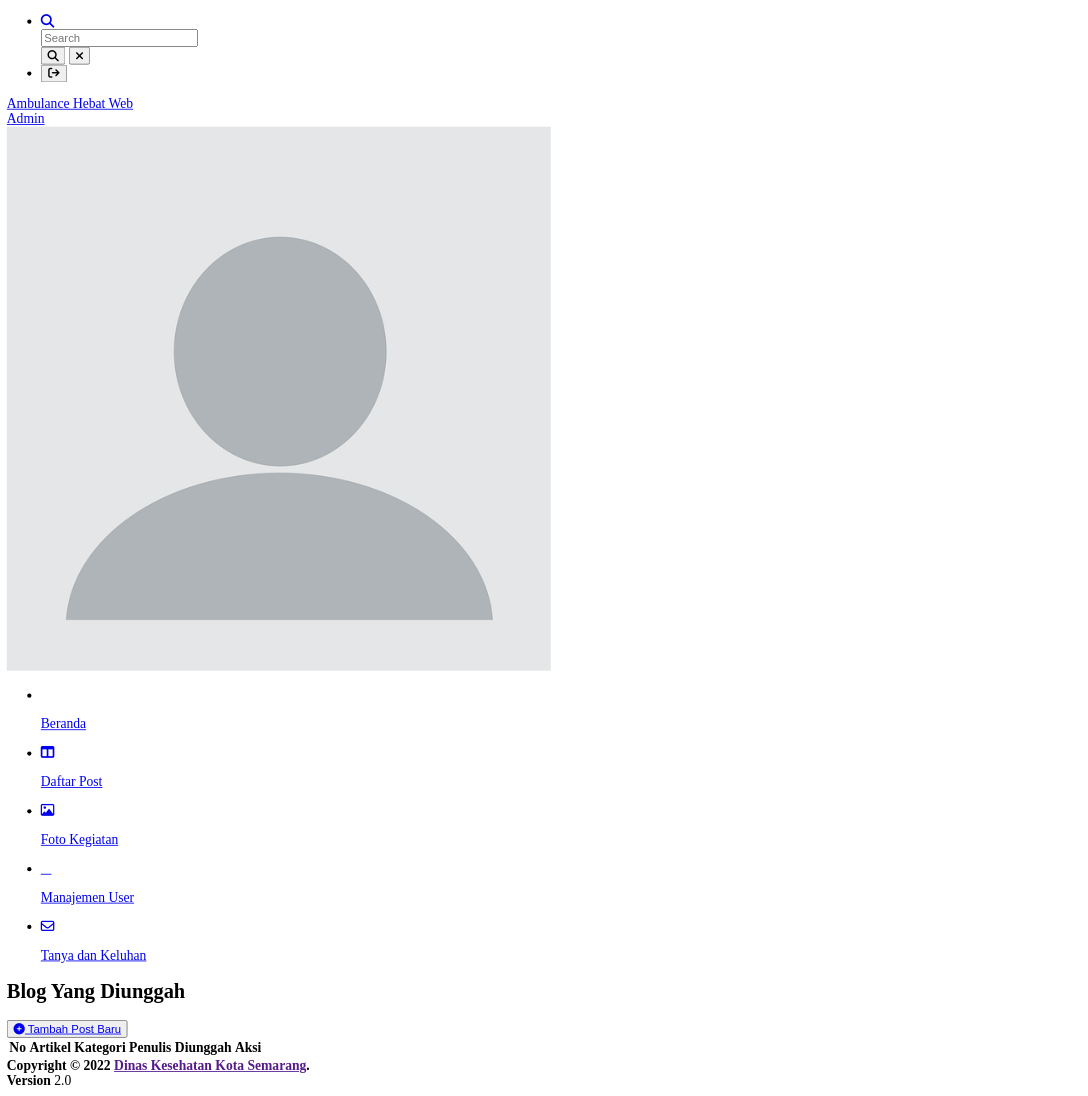
Repository: roningrum/admin-aha
Page: resources/views/dashboard/post/posts.blade.php
The author's editor kept a copy of each file at every save. The page is drawn from the files as they stood at one save, then again after the next save.
The browser window is 1280 px wide. The pictures show the whole page, at 85% of full size.
Some icons come from a web library that is not loaded, so they are not drawn. Some web fonts or font styles are not loaded; a fallback is used. Some web libraries are served in a nearby version. The page is served by the project's Laravel application, run on PHP 8.4 with Laravel 8. Other server files are loaded and not shown. The template is opened directly, without the code that normally fills it, so the values that code supplies are empty.

Above is the page before, as saved 2022-11-23 14:51:35.
Console error: ReferenceError: $ is not defined

### routes/web.php
<?php

use App\Http\Controllers\DashboardPostController;
use Illuminate\Support\Facades\Route;
use SebastianBergmann\CodeCoverage\Report\Html\Dashboard;

/*
|--------------------------------------------------------------------------
| Web Routes
|--------------------------------------------------------------------------
|
| Here is where you can register web routes for your application. These
| routes are loaded by the RouteServiceProvider within a group which
| contains the "web" middleware group. Now create something great!
|
*/

Route::get('/','AuthController@dashboard')->middleware('cek_login');


//Route Login
Route::get('login','AuthController@index')->name('login');
Route::post('proses_login','AuthController@proses_login')->name('proses_login');
Route::get ('logout','AuthController@logout')->name('logout');

//Auth
//auth -> admin || editor

Route::group(['middleware'=>['auth']], function(){
    Route::group(['middleware'=>['cek_login:admin']], function(){
        Route::get('admin', 'AuthController@dashboard')->name('admin');

    });
    Route::group(['middleware'=>['cek_login:editor']], function(){
        Route::get('editor', 'AuthController@dashboard')->name('editor');
    });
});
Route::prefix('dashboard')->middleware(['auth'])->group(function(){
    Route::resource('posts', '\App\Http\Controllers\DashboardPostController');
    Route::resource('galeri', '\App\Http\Controllers\ImageGalleryController');

});

### resources/views/dashboard/post/posts.blade.php
@extends('dashboard.layouts.main-layout')
@section('content')
    <div class="content-wrapper">
        <!-- Content Header (Page header) -->
        <section class="content-header">
            <div class="container-fluid">
                <div class="row">
                    <div class="col-lg-12">
                        <div class="card">
                            <div class="card-body">
                                <div class="row">
                                    <div class="col-sm-6">
                                        <h1 class="mb-3">Blog Yang Diunggah</h1>
                                        <button type="button" class="btn bg-primary my-3">
                                            <a href="/dashboard/posts/create">
                                                <i class="fa-solid fa-circle-plus"></i>
                                                Tambah Post Baru
                                            </a>
                                        </button>
                                    </div>
                                </div>

                                <table class="table table-bordered table-striped dataTable col-lg-10">
                                    <thead>
                                        <tr>
                                            <th style="width: 10px">No</th>
                                            <th>Artikel</th>
                                            <th>Kategori</th>
                                            <th>Penulis</th>
                                            <th>Diunggah</th>
                                            <th>Aksi</th>
                                        </tr>
                                    </thead>
                                    <tbody>
                                        @foreach ($posts as $post)
                                            <tr>
                                                <td>{{ $loop->iteration }}</td>
                                                <td>{{ $post->title }}</td>
                                                <td>{{ $post->category->name }}</td>
                                                <td>{{ $post->user->name }}</td>
                                                <td>{{\Carbon\Carbon::parse($post->published_at)->diffForHumans() }}</td>
                                                <td>
                                                    <button type="button" class="btn bg-info">
                                                        <a href="/dashboard/posts/{{ $post->slug }}">
                                                            <i class="fa-solid fa-eye"></i>
                                                        </a>
                                                    </button>
                                                    <a href="/dashboard/posts/{{ $post->slug }}/edit">
                                                        <button type="button" class="btn btn-warning"><i class="fas fa-edit"></i>
                                                        </button>
                                                    </a>

                                                    <form action="/dashboard/posts/{{ $post->slug }}"method="post" class="d-inline">
                                                        @method('delete')
                                                        @csrf
                                                        <button class="btn btn-danger"onclick="return confirm('Yakin Ingin Menghapus?')"><i class="far fa-trash-alt"></i></button>
                                                    </form>
                                                </td>
                                            </tr>
                                        @endforeach
                                    </tbody>
                                </table>
                            </div>
                        </div>
                    </div>
                </div>

            </div><!-- /.container-fluid -->
        </section>
        <div class="container">

        </div>


    </div>
    <script>
        $(document).ready(function() {
            $("#success-alert").hide();
            $("#success-alert").fadeTo(2000, 500).slideUp(500, function() {
                    $("#success-alert").slideUp(500);
                });
        });
    </script>
@endsection

### resources/views/dashboard/layouts/main-layout.blade.php
<!DOCTYPE html>
<html lang="en">

<head>
    <meta charset="utf-8">
    <meta name="viewport" content="width=device-width, initial-scale=1">
    <meta name="csrf" content="{{ csrf_token() }}">
    <title>Beranda Admin</title>

    <!-- Google Font: Source Sans Pro -->
    <link href="https://fonts.googleapis.com/css2?family=Mulish:wght@300;400&display=swap" rel="stylesheet">
    <!-- Font Awesome -->
    <link rel="stylesheet" href="/plugins/fontawesome-free/css/all.min.css">
    <link rel="stylesheet" href=" https://site-assets.fontawesome.com/releases/v6.1.1/css/all.css">
    <!-- Ionicons -->
    <link rel="stylesheet" href="https://code.ionicframework.com/ionicons/2.0.1/css/ionicons.min.css">
    <!-- Tempusdominus Bootstrap 4 -->
    <link rel="stylesheet" href="/plugins/tempusdominus-bootstrap-4/css/tempusdominus-bootstrap-4.min.css">
    <!-- iCheck -->
    <link rel="stylesheet" href="/plugins/icheck-bootstrap/icheck-bootstrap.min.css">
    <!-- JQVMap -->
    <link rel="stylesheet" href="/plugins/jqvmap/jqvmap.min.css">
    <!-- Theme style -->
    <link rel="stylesheet" href="/css/adminlte.css">
    <link rel="stylesheet" href="/css/custom.css">
    <!-- overlayScrollbars -->
    <link rel="stylesheet" href="/plugins/overlayScrollbars/css/OverlayScrollbars.min.css">
    <!-- Daterange picker -->
    <link rel="stylesheet" href="/plugins/daterangepicker/daterangepicker.css">
    <!-- summernote -->
    <link rel="stylesheet" href="/plugins/summernote/summernote-bs4.min.css">
    {{-- trix --}}
    <link rel="stylesheet" type="text/css" href="/css/trix.css">
    {{-- toast --}}
    <link href="/css/toastr.css" rel="stylesheet">

    <style type="text/css" href="/css/custom.css"></style>
    <style>
        trix-toolbar [data-trix-button-group="file-tools"] {
            display: none;
        }
    </style>

</head>

<body class="hold-transition sidebar-mini layout-fixed">
    <div class="wrapper">


        {{-- @include('sweetalert::alert') --}}

        <!-- Navbar -->
        @include('dashboard.partials.navbar-main')
        <!-- /.navbar -->

        <!-- Main Sidebar Container -->
        @include('dashboard.partials.sidebar-menu')

        <!-- Content Wrapper. Contains page content -->
        @yield('content')

        <!-- /.content-wrapper -->
        @include('dashboard.partials.footer-main')

        <!-- Control Sidebar -->
        <aside class="control-sidebar control-sidebar-dark">
            <!-- Control sidebar content goes here -->
        </aside>
        <!-- /.control-sidebar -->
    </div>
    <!-- ./wrapper -->

    <!-- jQuery -->
    <script src='/plugins/jquery/jquery.min.js'></script>
    <!-- jQuery UI 1.11.4 -->
    <script src='/plugins/jquery-ui/jquery-ui.min.js'></script>
    <!-- Resolve conflict in jQuery UI tooltip with Bootstrap tooltip -->
    <script>
        $.widget.bridge('uibutton', $.ui.button)
    </script>
    <!-- Bootstrap 4 -->
    <script src='/plugins/bootstrap/js/bootstrap.bundle.min.js'></script>
    <!-- Sparkline -->
    <script src='/plugins/sparklines/sparkline.js'></script>
    <!-- jQuery Knob Chart -->
    <script src='/plugins/jquery-knob/jquery.knob.min.js'></script>
    <!-- daterangepicker -->
    <script src='/plugins/moment/moment.min.js'></script>
    <script src='/plugins/daterangepicker/daterangepicker.js'></script>
    <!-- Tempusdominus Bootstrap 4 -->
    <script src='/plugins/tempusdominus-bootstrap-4/js/tempusdominus-bootstrap-4.min.js'></script>
    <!-- Summernote -->
    <script src='/plugins/summernote/summernote-bs4.min.js'></script>
    <!-- overlayScrollbars -->
    <script src='/plugins/overlayScrollbars/js/jquery.overlayScrollbars.min.js'></script>
    <!-- AdminLTE App -->
    <script src='/js/adminlte.js'></script>
    <script type="text/javascript" src='/js/trix.js'></script>
    <script src='/js/toastr.js'></script>
    {{-- Page specific script --}}
    <script>
        $(function() {
            // Summernote
            $('#summernote').summernote()
        })
    </script>
</body>

</html>

### resources/views/dashboard/partials/navbar-main.blade.php
<nav class="main-header navbar navbar-expand navbar-white navbar-light">

    <!-- Right navbar links -->
    <ul class="navbar-nav ml-auto">
      <!-- Navbar Search -->
      <li class="nav-item">
        <a class="nav-link" data-widget="navbar-search" href="#" role="button">
          <i class="fas fa-search"></i>
        </a>
        <div class="navbar-search-block">
          <form class="form-inline">
            <div class="input-group input-group-sm">
              <input class="form-control form-control-navbar" type="search" placeholder="Search" aria-label="Search">
              <div class="input-group-append">
                <button class="btn btn-navbar" type="submit">
                  <i class="fas fa-search"></i>
                </button>
                <button class="btn btn-navbar" type="button" data-widget="navbar-search">
                  <i class="fas fa-times"></i>
                </button>
              </div>
            </div>
          </form>
        </div>
      </li>
      <li class="nav-item">
        <form action="{{ url('logout') }}">
          @csrf
          <button type="submit" class="btn btn-primary">
            <i class="fa-solid fa-arrow-right-from-bracket"></i>
          </button>
        </form>
      </li>
    </ul>
  </nav>

### resources/views/dashboard/partials/sidebar-menu.blade.php
<aside class="main-sidebar sidebar-dark-primary">
    <!-- Brand Logo -->
    <a href="/dashboard" class="brand-link">
       <span class="brand-text font-weight-light">Ambulance Hebat Web<br>Admin</span>
    </a>

    <!-- Sidebar -->
    <div class="sidebar">
      <!-- Sidebar user panel (optional) -->
      <div class="user-panel mt-3 pb-3 mb-3 d-flex">
        <div class="image">
          <img src="{{ asset('img/user.png') }}" class="img-circle elevation-2" alt="User Image">
        </div>
        <div class="info">
          @auth
          <a href="#" class="d-block">Halo, {{ auth()->user()->name }}</a>
          @endauth
        </div>
      </div>

      <!-- Sidebar Menu -->
      <nav class="mt-2">
        <ul class="nav nav-pills nav-sidebar flex-column" role="menu" data-accordion="false">
          <!-- Add icons to the links using the .nav-icon class
               with font-awesome or any other icon font library -->
          <li class="nav-item menu-open">
            <a href="/" class="nav-link {{ Request::is('/') ? 'active':'' }}">
              <i class="nav-icon fa fa-duotone fa-house-blank"></i>
              <p>Beranda</p>
              {{-- <p>
                Beranda
              </p> --}}
            </a>
          </li>
          {{-- <li class="nav-item">
            <a href="/dashboard/posts/create" class="nav-link {{ Request::is('dashboard/posts/create') ? 'active':'' }}">
              <i class="nav-icon fas fa-edit"></i>
              <p>
                Buat Post
              </p>
            </a>
          </li> --}}
          <li class="nav-item">
            <a href="{{ route('posts.index') }}" class="nav-link {{ (request()->is('dashboard/posts/*')) ? 'active':'' }}">
              <i class="nav-icon fas fa-columns"></i>
              <p>
                Daftar Post
              </p>
            </a>
          </li>
          <li class="nav-item">
            <a href="{{ route('galeri.index') }}" class="nav-link {{ Request::is('dashboard/galeri/*') ? 'active':'' }}">
              <i class="nav-icon far fa-image"></i>
              <p>
                Foto Kegiatan
              </p>
            </a>
          </li>

          <li class="nav-item">
            <a href="#" class="nav-link">
              <i class="fa-duotone fa-users"></i>
              <p>
                Manajemen User
              </p>
            </a>
          </li>

          <li class="nav-item">
            <a href="/daftar-feedback" class="nav-link {{ Request::is('daftar-feedback') ? 'active':'' }}">
              <i class="nav-icon far fa-envelope"></i>
              <p>
                Tanya dan Keluhan
              </p>
            </a>
          </li>
        </ul>
      </nav>
      <!-- /.sidebar-menu -->
    </div>
    <!-- /.sidebar -->
  </aside>

### resources/views/dashboard/partials/footer-main.blade.php
<footer class="main-footer">
    <strong>Copyright &copy; 2022 <a href="">Dinas Kesehatan Kota Semarang</a>.</strong>
    <div class="float-right d-none d-sm-inline-block">
      <b>Version</b> 2.0
    </div>
  </footer>

### public/css/custom.css
trix-toolbar [data-trix-button-group="file-tools"]{
    display: none;
}

### public/css/toastr.css
.toast-title {
  font-weight: bold;
}
.toast-message {
  -ms-word-wrap: break-word;
  word-wrap: break-word;
}
.toast-message a,
.toast-message label {
  color: #FFFFFF;
}
.toast-message a:hover {
  color: #CCCCCC;
  text-decoration: none;
}
.toast-close-button {
  position: relative;
  right: -0.3em;
  top: -0.3em;
  float: right;
  font-size: 20px;
  font-weight: bold;
  color: #FFFFFF;
  -webkit-text-shadow: 0 1px 0 #ffffff;
  text-shadow: 0 1px 0 #ffffff;
  opacity: 0.8;
  -ms-filter: progid:DXImageTransform.Microsoft.Alpha(Opacity=80);
  filter: alpha(opacity=80);
  line-height: 1;
}
.toast-close-button:hover,
.toast-close-button:focus {
  color: #000000;
  text-decoration: none;
  cursor: pointer;
  opacity: 0.4;
  -ms-filter: progid:DXImageTransform.Microsoft.Alpha(Opacity=40);
  filter: alpha(opacity=40);
}
.rtl .toast-close-button {
  left: -0.3em;
  float: left;
  right: 0.3em;
}
/*Additional properties for button version
 iOS requires the button element instead of an anchor tag.
 If you want the anchor version, it requires `href="#"`.*/
button.toast-close-button {
  padding: 0;
  cursor: pointer;
  background: transparent;
  border: 0;
  -webkit-appearance: none;
}
.toast-top-center {
  top: 0;
  right: 0;
  width: 100%;
}
.toast-bottom-center {
  bottom: 0;
  right: 0;
  width: 100%;
}
.toast-top-full-width {
  top: 0;
  right: 0;
  width: 100%;
}
.toast-bottom-full-width {
  bottom: 0;
  right: 0;
  width: 100%;
}
.toast-top-left {
  top: 12px;
  left: 12px;
}
.toast-top-right {
  top: 12px;
  right: 12px;
}
.toast-bottom-right {
  right: 12px;
  bottom: 12px;
}
.toast-bottom-left {
  bottom: 12px;
  left: 12px;
}
#toast-container {
  position: fixed;
  z-index: 999999;
  pointer-events: none;
  /*overrides*/
}
#toast-container * {
  -moz-box-sizing: border-box;
  -webkit-box-sizing: border-box;
  box-sizing: border-box;
}
#toast-container > div {
  position: relative;
  pointer-events: auto;
  overflow: hidden;
  margin: 0 0 6px;
  padding: 15px 15px 15px 50px;
  width: 300px;
  -moz-border-radius: 3px 3px 3px 3px;
  -webkit-border-radius: 3px 3px 3px 3px;
  border-radius: 3px 3px 3px 3px;
  background-position: 15px center;
  background-repeat: no-repeat;
  -moz-box-shadow: 0 0 12px #999999;
  -webkit-box-shadow: 0 0 12px #999999;
  box-shadow: 0 0 12px #999999;
  color: #FFFFFF;
  opacity: 0.8;
  -ms-filter: progid:DXImageTransform.Microsoft.Alpha(Opacity=80);
  filter: alpha(opacity=80);
}
#toast-container > div.rtl {
  direction: rtl;
  padding: 15px 50px 15px 15px;
  background-position: right 15px center;
}
#toast-container > div:hover {
  -moz-box-shadow: 0 0 12px #000000;
  -webkit-box-shadow: 0 0 12px #000000;
  box-shadow: 0 0 12px #000000;
  opacity: 1;
  -ms-filter: progid:DXImageTransform.Microsoft.Alpha(Opacity=100);
  filter: alpha(opacity=100);
  cursor: pointer;
}
#toast-container > .toast-info {
  background-image: url("data:[embedded picture, 742 characters]") !important;
}
#toast-container > .toast-error {
  background-image: url("data:[embedded picture, 782 characters]") !important;
}
#toast-container > .toast-success {
  background-image: url("data:[embedded picture, 482 characters]") !important;
}
#toast-container > .toast-warning {
  background-image: url("data:[embedded picture, 710 characters]") !important;
}
#toast-container.toast-top-center > div,
#toast-container.toast-bottom-center > div {
  width: 300px;
  margin-left: auto;
  margin-right: auto;
}
#toast-container.toast-top-full-width > div,
#toast-container.toast-bottom-full-width > div {
  width: 96%;
  margin-left: auto;
  margin-right: auto;
}
.toast {
  background-color: #030303;
}
.toast-success {
  background-color: #51A351;
}
.toast-error {
  background-color: #BD362F;
}
.toast-info {
  background-color: #2F96B4;
}
.toast-warning {
  background-color: #F89406;
}
.toast-progress {
  position: absolute;
  left: 0;
  bottom: 0;
  height: 4px;
  background-color: #000000;
  opacity: 0.4;
  -ms-filter: progid:DXImageTransform.Microsoft.Alpha(Opacity=40);
  filter: alpha(opacity=40);
}
/*Responsive Design*/
@media all and (max-width: 240px) {
  #toast-container > div {
    padding: 8px 8px 8px 50px;
    width: 11em;
  }
  #toast-container > div.rtl {
    padding: 8px 50px 8px 8px;
  }
  #toast-container .toast-close-button {
    right: -0.2em;
    top: -0.2em;
  }
  #toast-container .rtl .toast-close-button {
    left: -0.2em;
    right: 0.2em;
  }
}
@media all and (min-width: 241px) and (max-width: 480px) {
  #toast-container > div {
    padding: 8px 8px 8px 50px;
    width: 18em;
  }
  #toast-container > div.rtl {
    padding: 8px 50px 8px 8px;
  }
  #toast-container .toast-close-button {
    right: -0.2em;
    top: -0.2em;
  }
  #toast-container .rtl .toast-close-button {
    left: -0.2em;
    right: 0.2em;
  }
}
@media all and (min-width: 481px) and (max-width: 768px) {
  #toast-container > div {
    padding: 15px 15px 15px 50px;
    width: 25em;
  }
  #toast-container > div.rtl {
    padding: 15px 50px 15px 15px;
  }
}

Loaded but not shown: public/js/adminlte.js (3069 lines, source omitted); public/js/toastr.js (476 lines, source omitted); public/css/trix.css (562 lines, source omitted)

After the next save:
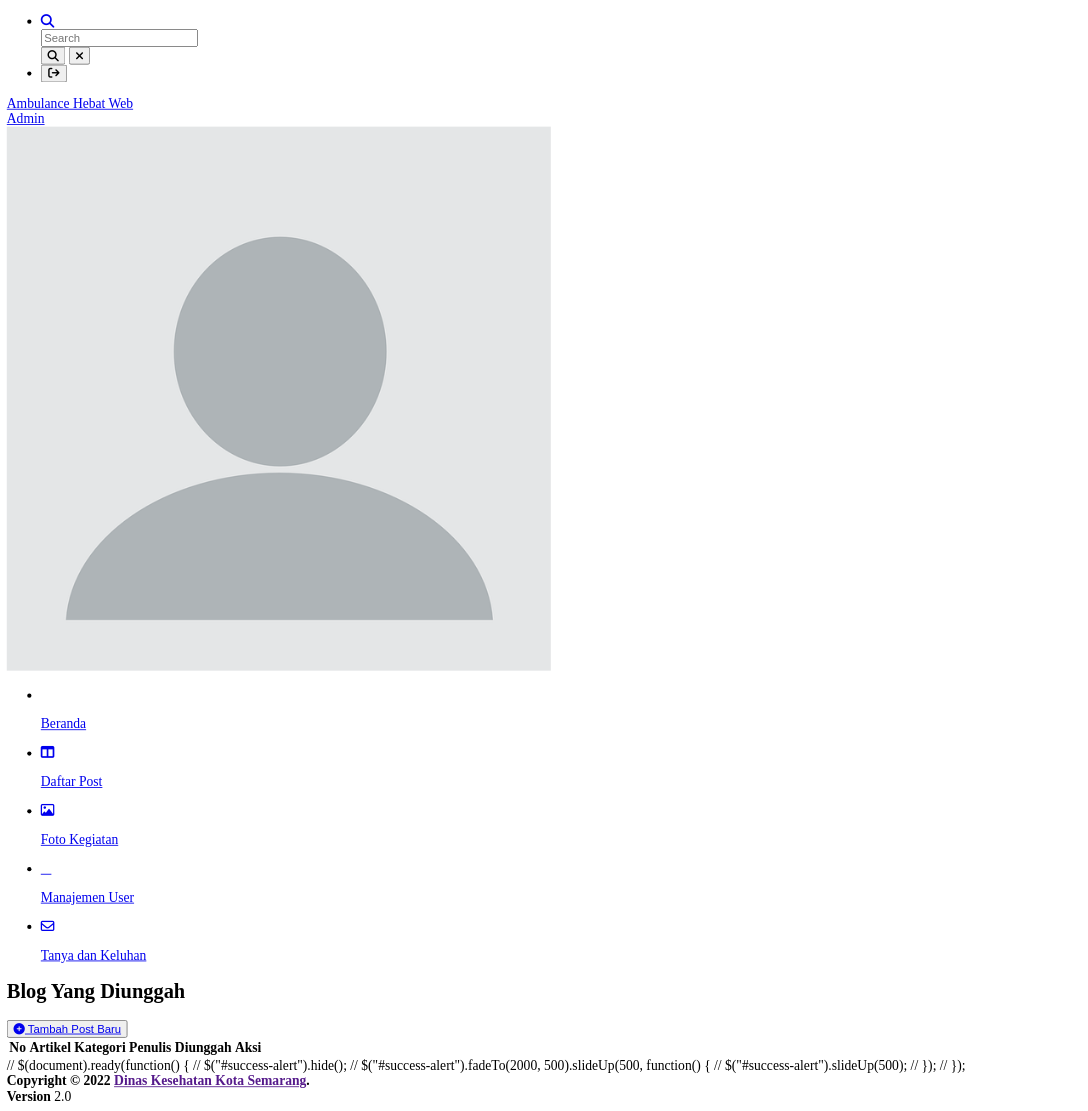
Console error: SyntaxError: Unexpected token '<'
Saved 5 min 59 s later.
--- a/resources/views/dashboard/post/posts.blade.php
+++ b/resources/views/dashboard/post/posts.blade.php
@@ -74,11 +74,16 @@
 
     </div>
     <script>
-        $(document).ready(function() {
-            $("#success-alert").hide();
-            $("#success-alert").fadeTo(2000, 500).slideUp(500, function() {
-                    $("#success-alert").slideUp(500);
-                });
-        });
+        <script>
+$(document).ready(function () {
+    $('#myModal').modal('show');
+});
+</script>
+        // $(document).ready(function() {
+        //     $("#success-alert").hide();
+        //     $("#success-alert").fadeTo(2000, 500).slideUp(500, function() {
+        //             $("#success-alert").slideUp(500);
+        //         });
+        // });
     </script>
 @endsection
